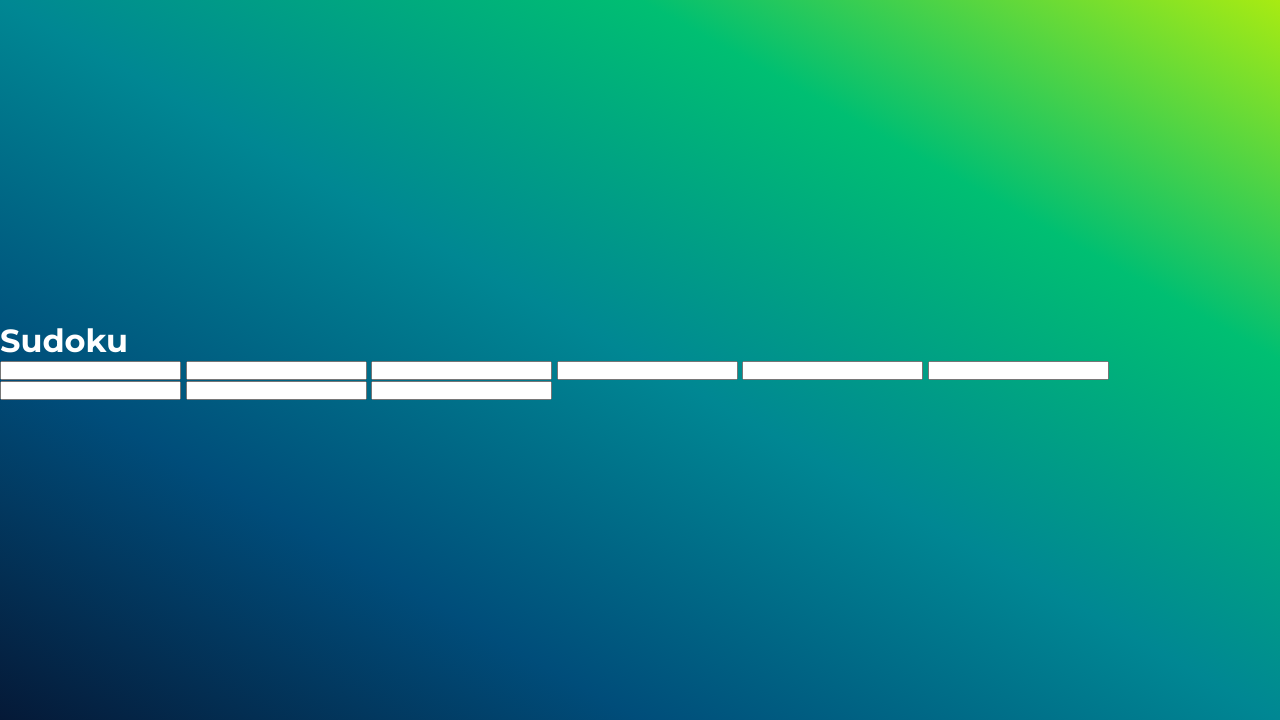
Repository: pattypetrikova/sudoku
Page: index.html
The author's editor kept a copy of each file at every save. The page is drawn from the files as they stood at one save, then again after the next save.
The browser window is 1280 px wide. The pictures show the whole page.

Above is the page before, as saved 2022-12-30 10:14:35.

After the next save:
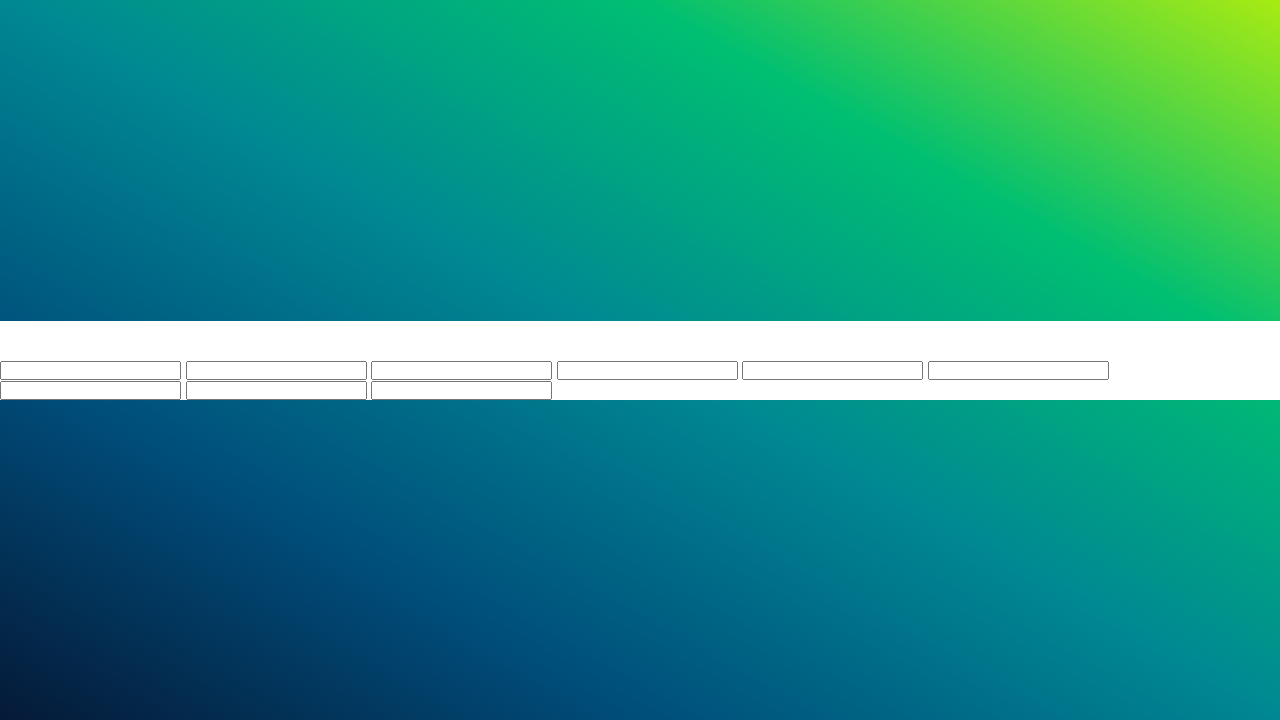
Saved 83 s later.
--- a/assets/style.css
+++ b/assets/style.css
@@ -23,5 +23,5 @@
 
 
 .game {
-    display: ;
+    background-color: white;
 }
